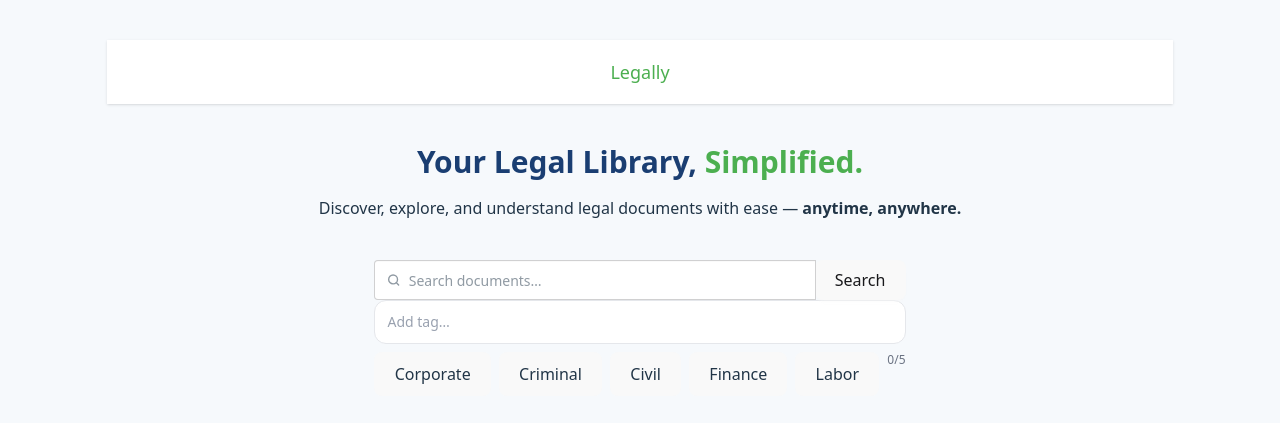
Repository: OdinPie/legal-search-acmeai
Page: / (app in legal-frontend/)
These files come from the project's save history. The page is drawn as it stood at one moment and after a run of saves; the edit follows.
The browser window is 1280 px wide. The pictures show the whole page.
The project was rebuilt for these pictures with package versions that can differ from the ones it lists, and the page was loaded fresh each time. Also part of the build but not shown: legal-frontend/vite.config.js.

Above is the page before, as saved 2025-11-05 19:52:33.

After the next 2 saves:
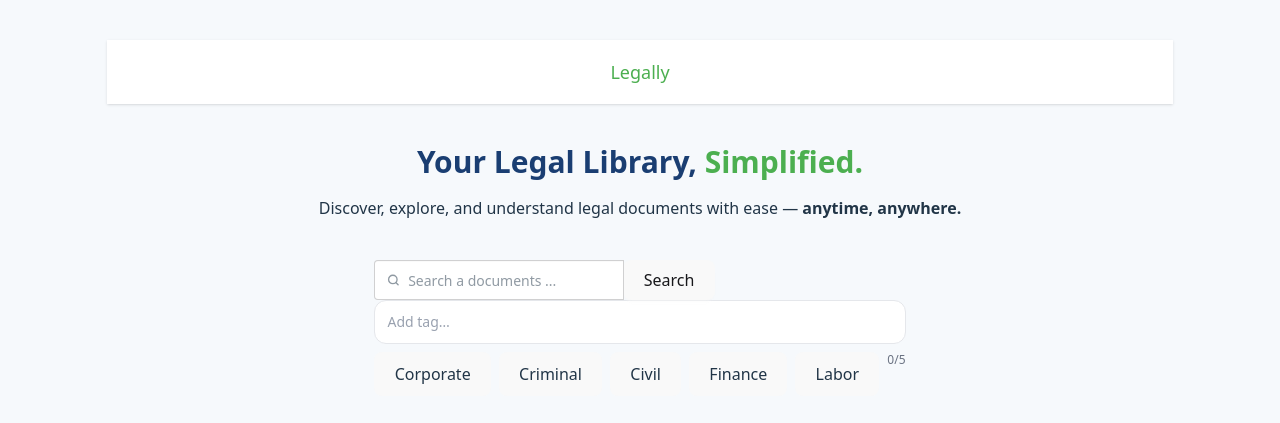
The 2 saves are shown as one change because they came seconds apart.
The last was saved 16 s later.
--- a/legal-frontend/src/components/SearchSection.jsx
+++ b/legal-frontend/src/components/SearchSection.jsx
@@ -1,36 +1,36 @@
 import { useState } from "react";
+import { X, Search } from "lucide-react";
 import TagBar from "./TagBar";
 
 export default function SearchSection() {
+
   const [query, setQuery] = useState("");
   const [keywords, setKeywords] = useState([]);
 
   return (
-    <div className="my-10"> {/* use w-full implicitly; avoid w-screen to prevent overflow */}
-      <div className="join w-full max-w-2xl mx-auto"> {/* <- control overall width here */}
-        <label className="input validator join-item flex-1 min-w-0">
-          {/* icon */}
-          <svg className="h-[1em] opacity-50" xmlns="http://www.w3.org/2000/svg" viewBox="0 0 24 24" aria-hidden>
-            <g strokeLinejoin="round" strokeLinecap="round" strokeWidth="2.5" fill="none" stroke="currentColor">
-              <circle cx="11" cy="11" r="8"></circle>
-              <path d="m21 21-4.3-4.3"></path>
-            </g>
-          </svg>
-
-          <input
-            type="text"
-            value={query}
-            onChange={(e) => setQuery(e.target.value)}
-            placeholder="Search documents…"
-            className="grow"  /* makes the field fill the label */
-            required
-          />
-        </label>
-
-        <button className="btn join-item bg-[#1A3E72] shrink-0">Search</button>
-      </div>
-
-      <TagBar value={keywords} onChange={setKeywords} />
+    <div className="my-10">
+      <div className="join w-full max-w-2xl mx-auto">
+  <div>
+    <label className="input validator join-item flex-1 min-w-0">
+      <svg className="h-[1em] opacity-50" xmlns="http://www.w3.org/2000/svg" viewBox="0 0 24 24">
+    <g
+      strokeLinejoin="round"
+      strokeLinecap="round"
+      strokeWidth="2.5"
+      fill="none"
+      stroke="currentColor"
+    >
+      <circle cx="11" cy="11" r="8"></circle>
+      <path d="m21 21-4.3-4.3"></path>
+    </g>
+  </svg>
+      <input className="" type="text" placeholder="Search a documents ..." required />
+    </label>
+    <div className="validator-hint hidden">Enter valid query</div>
+  </div>
+  <button className="btn join-item bg-[#1A3E72] shrink-0" >Search</button>
+</div>
+    <TagBar value={keywords} onChange={setKeywords} />
     </div>
   );
 }
